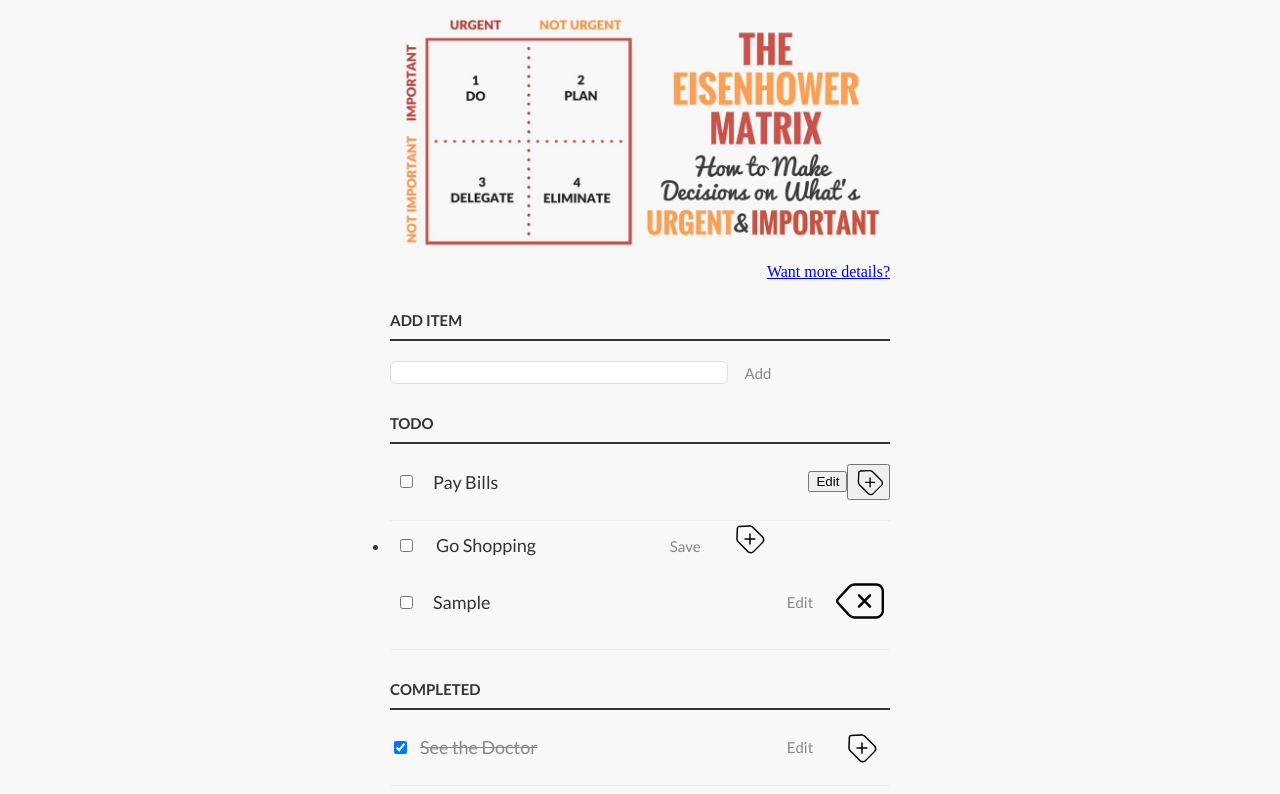
Repository: dev1siWoo/clean-code-s1e1
Page: index.html
The author's editor kept a copy of each file at every save. The page is drawn from the files as they stood at one save, then again after the next save.
The browser window is 1280 px wide. The pictures show the whole page.
Empty fields were first filled with sample values (such as "Sample", 5 or name@example.com).
After loading, the first visible `button.task__button` was clicked once.

Above is the page before, as saved 2024-01-08 23:37:53.
Console error: TypeError: Cannot set properties of null (setting 'onchange')

After the next save:
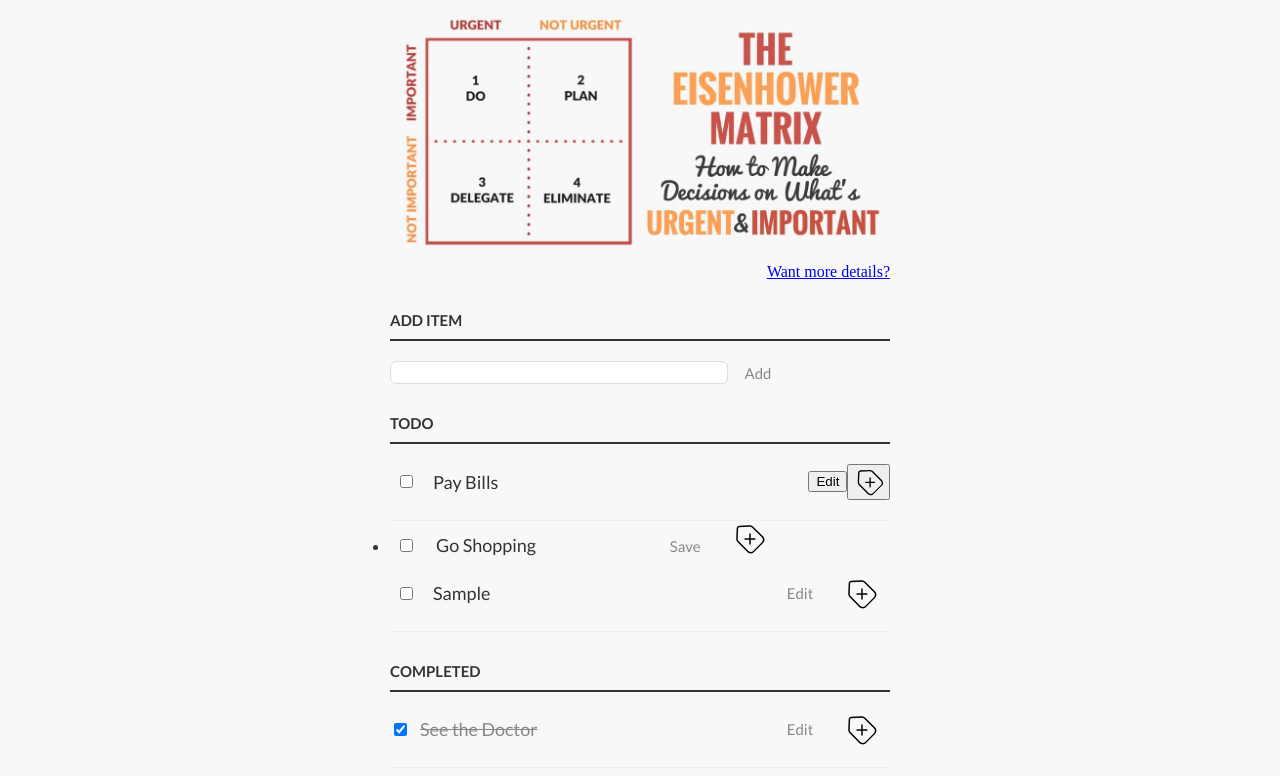
Saved 10 s later.
--- a/app.js
+++ b/app.js
@@ -48,7 +48,7 @@
 
     deleteButton.className="task__button button_delete";
     deleteButtonImg.src='./remove.svg';
-    deleteButtonImg.className="button_img";
+    deleteButtonImg.className="button__img";
     deleteButtonImg.setAttribute('alt', 'delete button');
     deleteButton.appendChild(deleteButtonImg);
 
